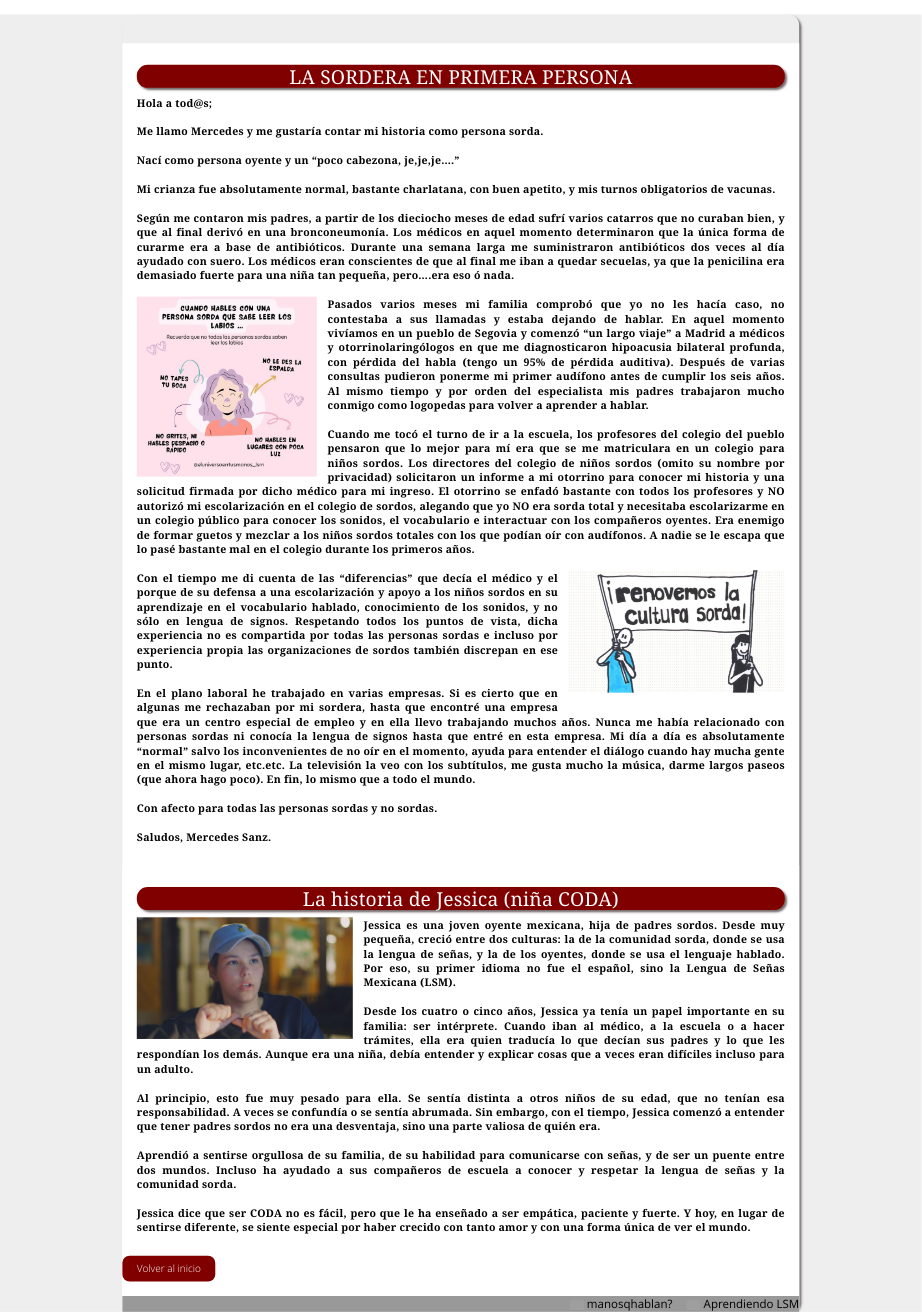
Repository: Ros4ri/beta
Page: relatos.html
These files come from the project's save history. The page is drawn as it stood at one moment and after the next save; the edit follows.
The browser window is 1280 px wide. The pictures show the whole page, at 72% of full size.
Pictures or frames that could not be fetched are drawn as grey boxes.

Above is the page before, as saved 2025-06-02 20:26:57.

After the next save:
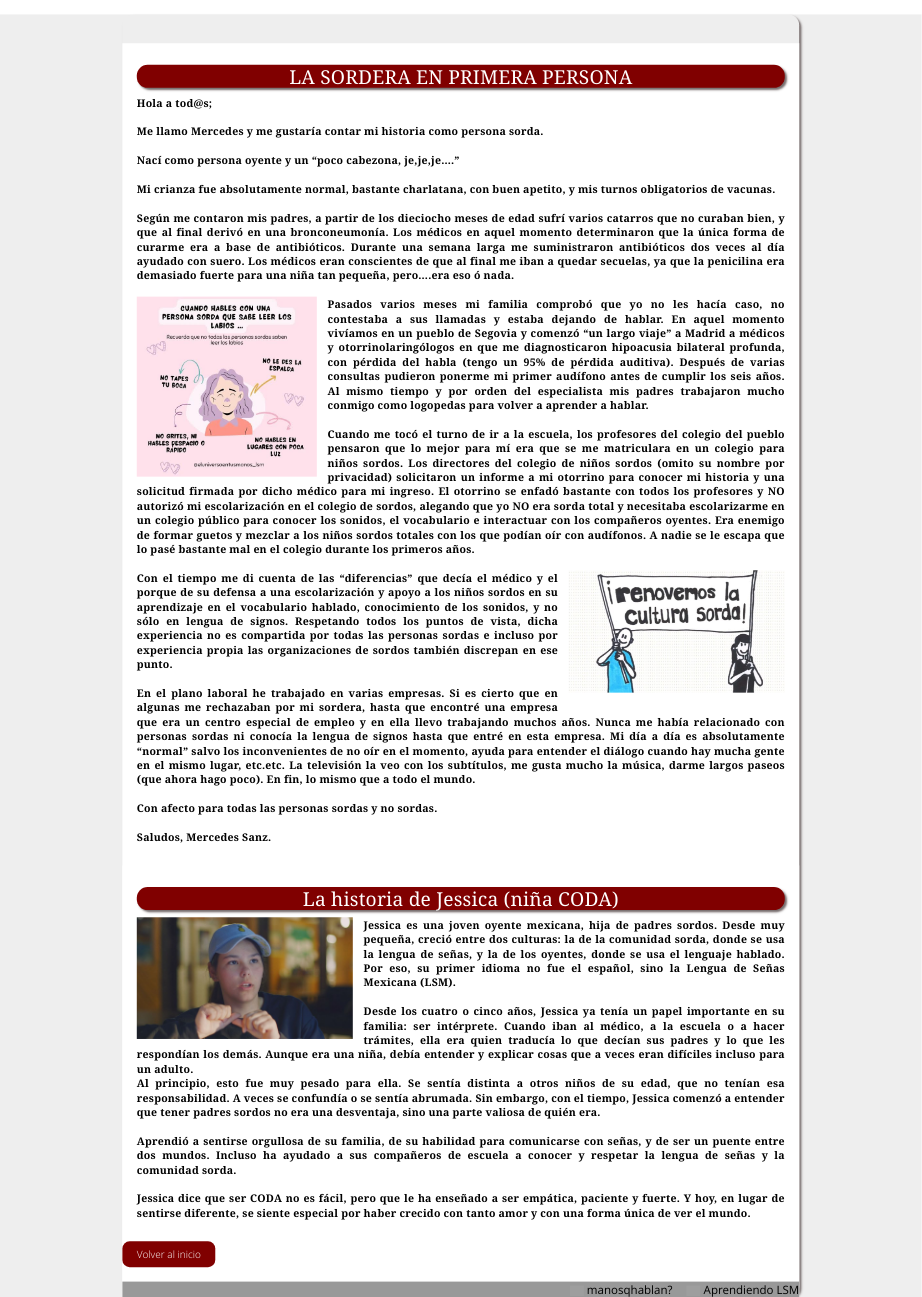
Saved 44 s later.
--- a/relatos.html
+++ b/relatos.html
@@ -67,7 +67,7 @@ Mercedes Sanz.
    Jessica es una joven oyente mexicana, hija de padres sordos. Desde muy pequeña, creció entre dos culturas: la de la comunidad sorda, donde se usa la lengua de señas, y la de los oyentes, donde se usa el lenguaje hablado. Por eso, su primer idioma no fue el español, sino la Lengua de Señas Mexicana (LSM).<br>
 <br>
 Desde los cuatro o cinco años, Jessica ya tenía un papel importante en su familia: ser intérprete. Cuando iban al médico, a la escuela o a hacer trámites, ella era quien traducía lo que decían sus padres y lo que les respondían los demás. Aunque era una niña, debía entender y explicar cosas que a veces eran difíciles incluso para un adulto.<br>
-<br>
+
 Al principio, esto fue muy pesado para ella. Se sentía distinta a otros niños de su edad, que no tenían esa responsabilidad. A veces se confundía o se sentía abrumada. Sin embargo, con el tiempo, Jessica comenzó a entender que tener padres sordos no era una desventaja, sino una parte valiosa de quién era.<br>
 <br>
 Aprendió a sentirse orgullosa de su familia, de su habilidad para comunicarse con señas, y de ser un puente entre dos mundos. Incluso ha ayudado a sus compañeros de escuela a conocer y respetar la lengua de señas y la comunidad sorda.<br>
